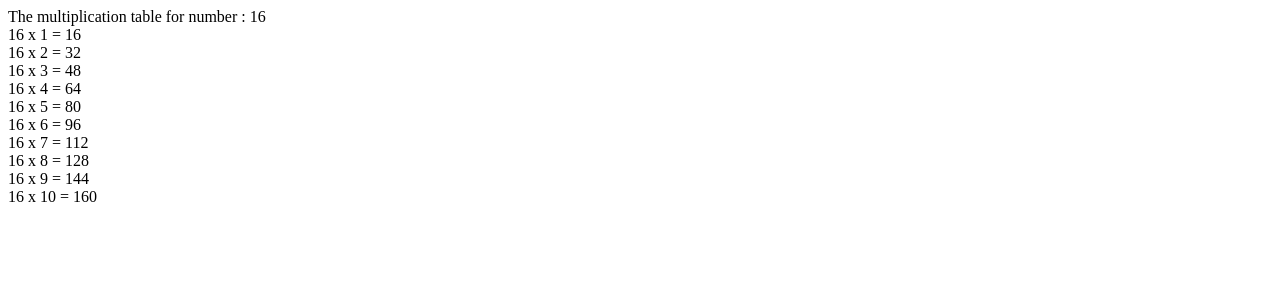
Repository: ajayrkp/HTML_CSS_Notes
Page: http://localhost/exercise_4.php
The author's editor kept a copy of each file at every save. The page is drawn from the files as they stood at one save, then again after the next save.
The browser window is 1280 px wide. The pictures show the whole page.
The page is run by PHP 8.4 with error messages shown; the project is at /var/www/html/.

Above is the page before, as saved 2012-10-12 23:49:54.

### HomeWorks/exercise_4.php
<!--
	 Day 5 Exercise 4
** Write a short program to print a multiplication or times
** table. Your program should output something like:
**   - Here is the 5's table:
**   - 5 X 1 = 5
**   - 5 X 2 = 10
**   -- ...
**   - 5 X 10 = 50
-->

<?php
	// Get the random number between 1 and 20 for the times table
	$startNumberForTable = 1;
	$EndNumberForTable = 50;
	$tableNumber = rand($startNumberForTable, $EndNumberForTable);

	print "The multiplication table for number : " . $tableNumber . "<br>";

	for($i = 1; $i<11; $i++) {
		print $tableNumber . " x " . $i . " = " . ($tableNumber * $i) . "<br>";
	}

?>

After the next save:
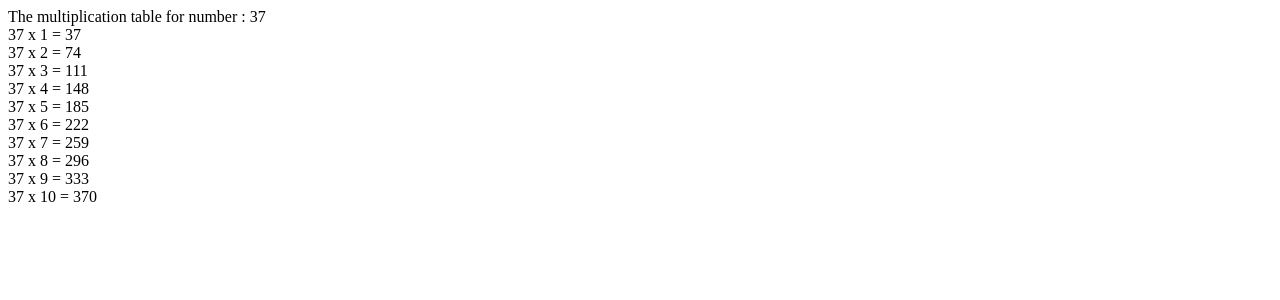
Saved 22 s later.
--- a/HomeWorks/exercise_4.php
+++ b/HomeWorks/exercise_4.php
@@ -12,7 +12,7 @@
 <?php
 	// Get the random number between 1 and 20 for the times table
 	$startNumberForTable = 1;
-	$EndNumberForTable = 50;
+	$EndNumberForTable = 99;
 	$tableNumber = rand($startNumberForTable, $EndNumberForTable);
 
 	print "The multiplication table for number : " . $tableNumber . "<br>";
